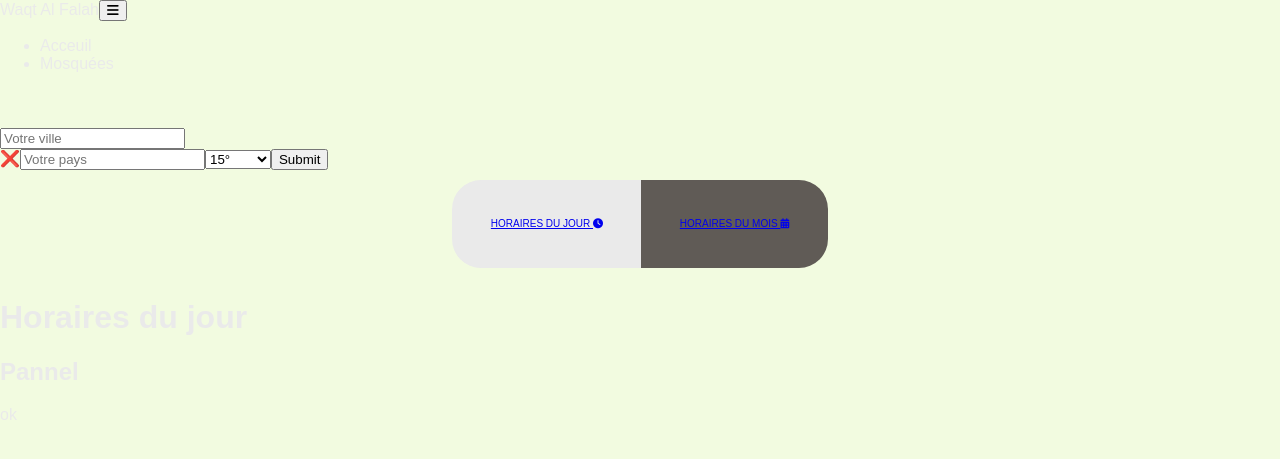
Repository: Lhourquin/Repo-Developpement-React-Prayer-Times
Page: /
An editor plug-in stored every save of this project. The page is shown before and after the next save, followed by the edit.
The browser window is 1280 px wide. The pictures show the whole page.
The page's requests for data from a server got no answer. Some web libraries are served in a nearby version. The project was rebuilt for these pictures with package versions that can differ from the ones it lists, and the page was loaded fresh each time. No one was signed in, and anything a server would have sent is missing. Also part of the build but not shown: src/components/navbar/NavBar.css, src/components/search-bar/searchbar.css, src/components/calendar-list/row-list.css, src/components/calendar-list/row-list.component.jsx, src/components/Calendar.js, src/components/day-list/horaireslist.css, src/components/time-table-pannel/pannel.css, src/components/DateNow.js.

Above is the page before, as saved 2022-01-30 17:24:07.

After the next save:
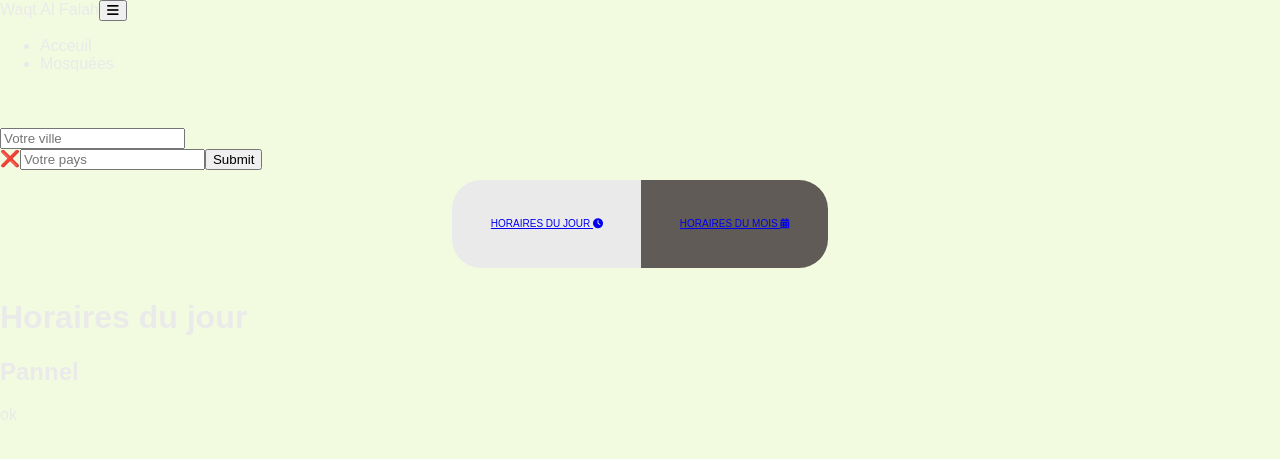
Saved 38 min 2 s later.
--- a/src/components/search-bar/SearchBar.js
+++ b/src/components/search-bar/SearchBar.js
@@ -32,12 +32,7 @@ const closeSearch = () => {
             <span className="cross"
             onClick={closeSearch}>❌</span>
             <input className="form__input--country" type="text" name="country" placeholder="Votre pays"/>
-            <select>
-                <option>15°</option>
-                <option>Medine</option>
-                <option>Shafi'i</option>
-                <option>Mecca</option>
-            </select>
+
             <button>Submit</button>
         </div>
       </form>
